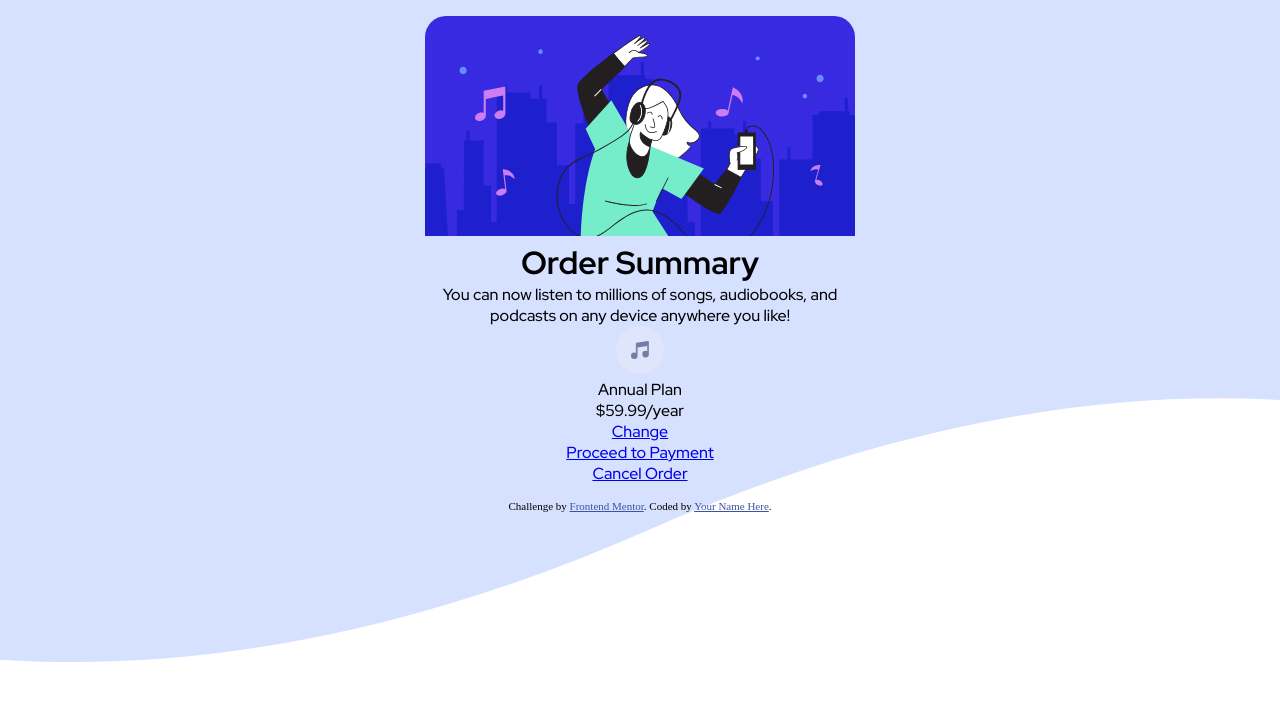
Repository: DejV44/order-summary-frontend
Page: index.html
The author's editor kept a copy of each file at every save. The page is drawn from the files as they stood at one save, then again after the next save.
The browser window is 1280 px wide. The pictures show the whole page.
The style sheet was rebuilt from its Sass, Less or Tailwind sources for each picture, by a compiler version that may differ from the author's.

Above is the page before, as saved 2021-08-12 19:55:27.

After the next save:
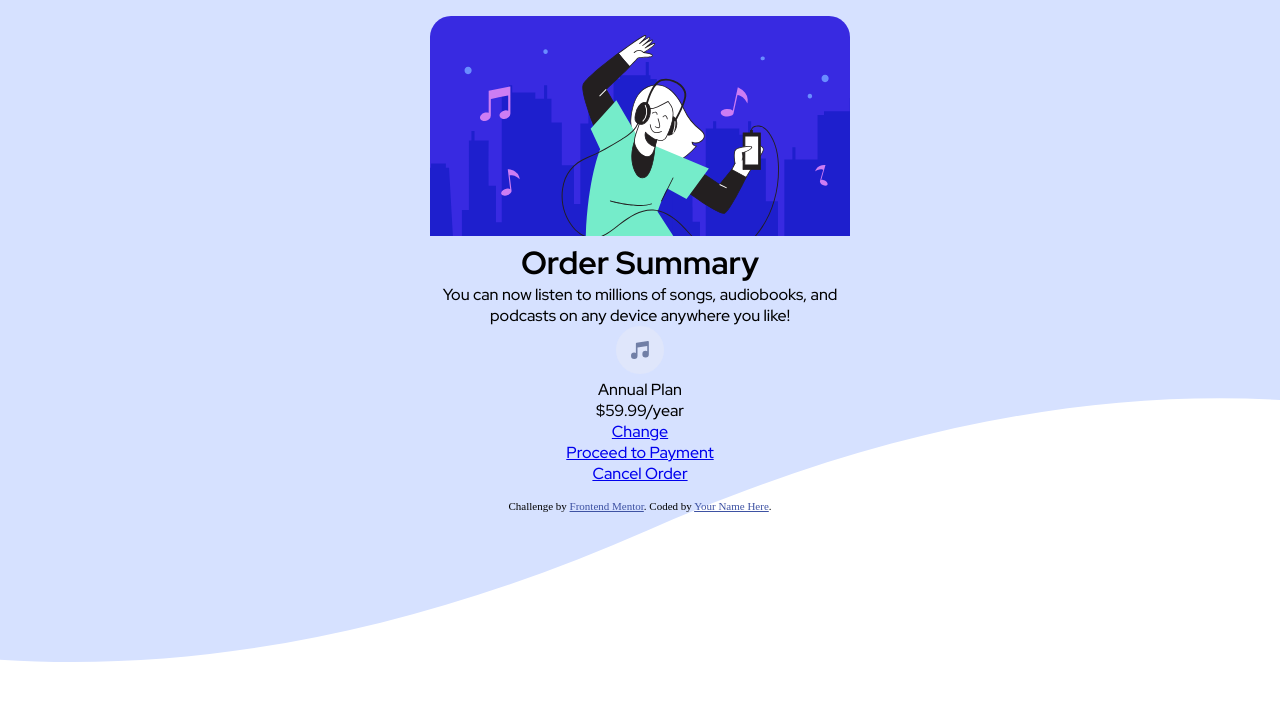
Saved 8 s later.
--- a/css/_mixins.scss
+++ b/css/_mixins.scss
@@ -9,7 +9,7 @@
 }
 
 @mixin container {
-    max-width: 430px;
+    max-width: 420px;
     margin: 1em auto;
     text-align: center;
     overflow: hidden;
